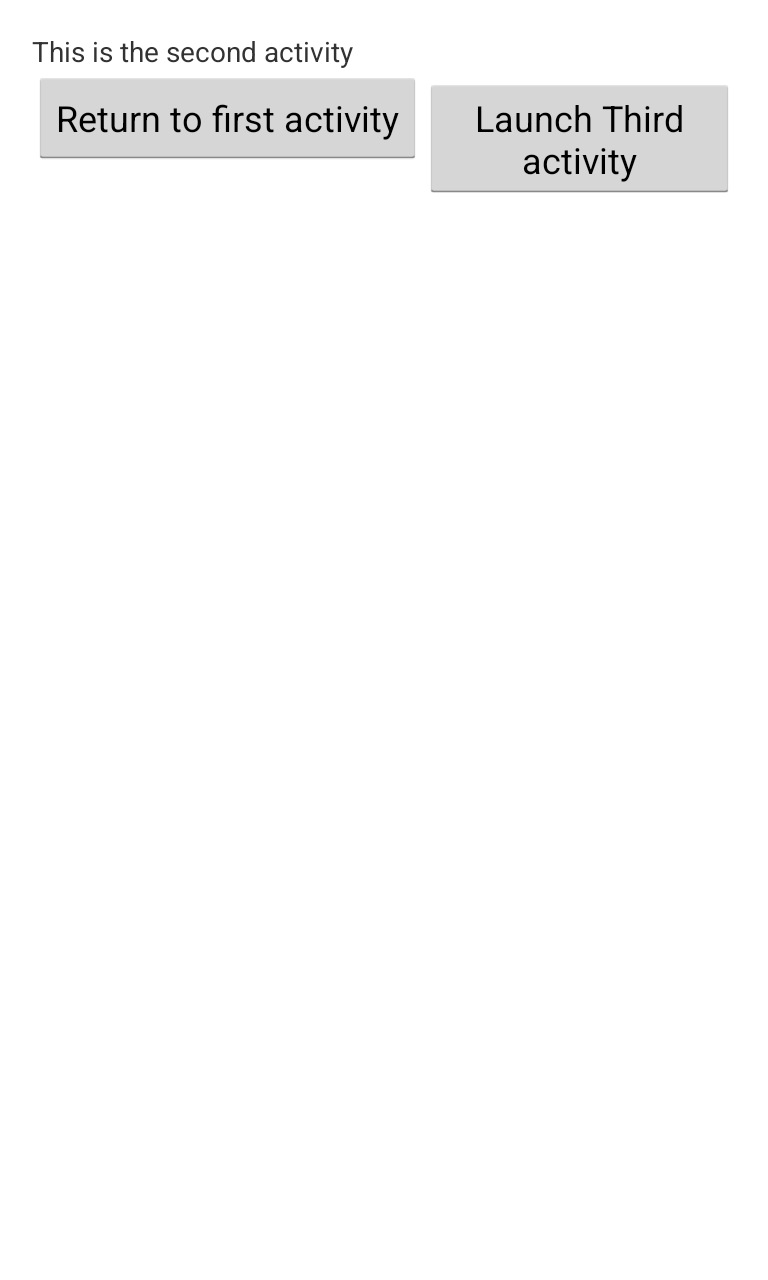
Repository: ericMedeiros93/Android-Dev
Layout: week5_intnet/res/layout/activity_second.xml
An editor plug-in stored every save of this project. The layout is shown before and after the next save, followed by the edit.
It is drawn on a 768 x 1280 px phone screen (xhdpi) without system bars, with theme AppTheme; the app's code is not run.

Above is the layout before, as saved 2014-10-01 15:58:22.

### week5_intnet/res/layout/activity_second.xml
<LinearLayout xmlns:android="http://schemas.android.com/apk/res/android"
    xmlns:tools="http://schemas.android.com/tools"
    android:layout_width="match_parent"
    android:layout_height="match_parent"
    android:orientation="vertical"
    android:paddingBottom="@dimen/activity_vertical_margin"
    android:paddingLeft="@dimen/activity_horizontal_margin"
    android:paddingRight="@dimen/activity_horizontal_margin"
    android:paddingTop="@dimen/activity_vertical_margin"
    tools:context="com.ericmedeiros.week5_intnet.MainActivity" >

    <TextView
        android:id="@+id/txtSecondActivity"
        android:layout_width="wrap_content"
        android:layout_height="wrap_content"
        android:text="This is the second activity"/>
    <LinearLayout

        android:layout_width="wrap_content"
        android:layout_height="wrap_content"
        >
     <Button
        android:id="@+id/btnReturn"
        android:layout_width="wrap_content"
        android:layout_height="wrap_content"
        android:onClick="closeSelf"
        android:text="Return to first activity"/>

     <Button
        android:id="@+id/btnThird"
        android:layout_width="wrap_content"
        android:layout_height="wrap_content"
        android:onClick="thirdActivity"
        android:text="Launch Third activity"/>
     </LinearLayout>

</LinearLayout>

Loaded but not shown: week5_intnet/res/values/styles.xml (common file); week5_intnet/res/values-v11/styles.xml (common file); week5_intnet/res/values-v14/styles.xml (common file); week5_intnet/res/values/dimens.xml (common file); week5_intnet/res/values-w820dp/dimens.xml (common file)

After the next save:
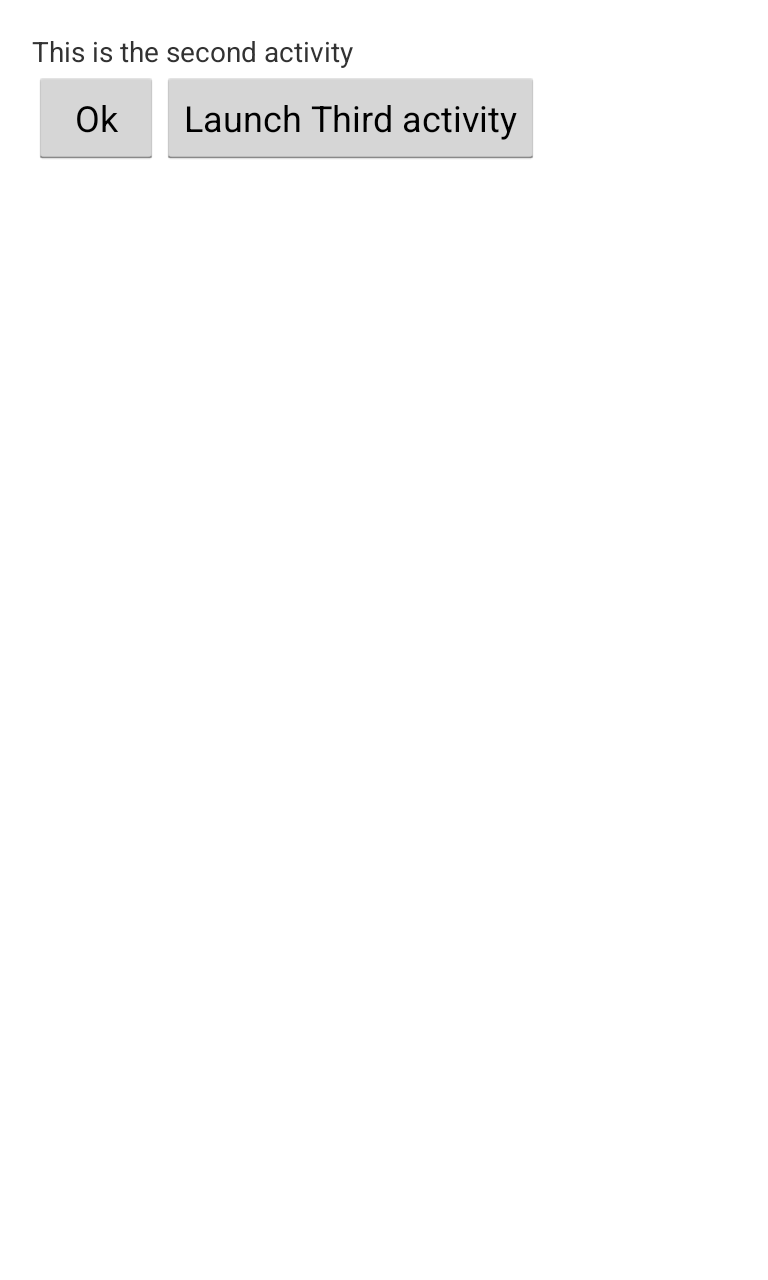
Saved 11 s later.
--- a/week5_intnet/res/layout/activity_second.xml
+++ b/week5_intnet/res/layout/activity_second.xml
@@ -24,7 +24,7 @@
         android:layout_width="wrap_content"
         android:layout_height="wrap_content"
         android:onClick="closeSelf"
-        android:text="Return to first activity"/>
+        android:text="Ok"/>
 
      <Button
         android:id="@+id/btnThird"
